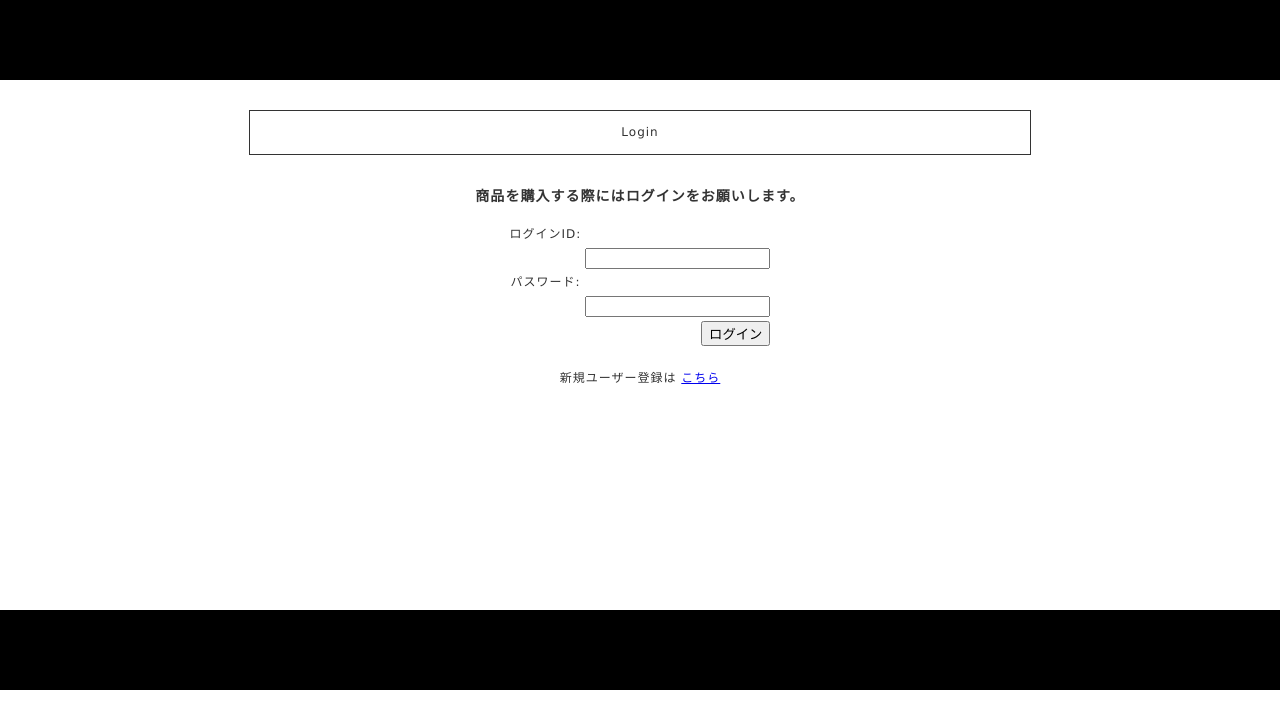
Repository: NoriakiYasumura/test01
Page: http://localhost/template/HomeAction.action
The author's editor kept a copy of each file at every save. The page is drawn from the files as they stood at one save, then again after the next save.
The browser window is 1280 px wide. The pictures show the whole page.
The page is served by Tomcat 9. Other server files are loaded and not shown.

Above is the page before, as saved 2019-04-05 06:01:01.

### template/WebContent/login.jsp
<%@ page language="java" contentType="text/html; charset=UTF-8"
    pageEncoding="UTF-8"%>
<%@ taglib prefix="s" uri="/struts-tags" %>
<!DOCTYPE html>
<html>
	<head>
		<meta http-equiv="Content-Type" content="text/html; charset=UTF-8"/>
		<meta http-equiv="Content-Style-Type" content="text/css"/>
		<meta http-equiv="Content-Script-Type" content="text/javascript"/>
		<meta http-equiv="imagetoolbar" content="no"/>
		<meta name="description" content=""/>
		<meta name="keywords" content=""/>
		<title>Login画面</title>

		<style type="text/css">
			/* TAGLAYOUT */
			body{
				margin:0;
				padding:0;
				line-height:1.6;
				letter-spacing:1px;
				font-family:Verdana,Helvetica,sans-serif;
				font-size:12px;
				color:#333;
				background:#fff;
			}
			table{
				text-align:center;
				margin:0 auto;
			}

			/* IDLAYOUT */
			#top{
				width:780px;
				margin:30px auto;
				border:1px solid #333;
			}

			#header{
				width:100%;
				height:80px;
				background-color:black;
			}

			#main{
				width:100%;
				height:500px;
				text-align:center;
			}

			#footer{
				width:100%;
				height:80px;
				background-color:black;
				clear:both;
			}

		</style>
	</head>
	<body>
		<div id="header">
			<div id="pr"></div>
		</div>

		<div id="main">
			<div id="top">
				<p>Login</p>
			</div>

			<div>
				<h3>商品を購入する際にはログインをお願いします。</h3>
				<s:form action="LoginAction">
					<tr>
						<td>ログインID:</td>
						<td><s:textfield name="loginUserId"/></td>
					</tr>
					<tr>
							<td>パスワード:</td>
							<s:password name="loginPassword"/>
					</tr>
							<s:submit value="ログイン"/>

				</s:form>
				<br/>
				<div>
					<span>新規ユーザー登録は
						<a href='<s:url action="UserCreateAction"/>'>こちら</a>
					</span>
				</div>
			</div>
		</div>

		<div id="footer">
			<div id="pr"></div>
		</div>
	</body>
</html>

After the next save:
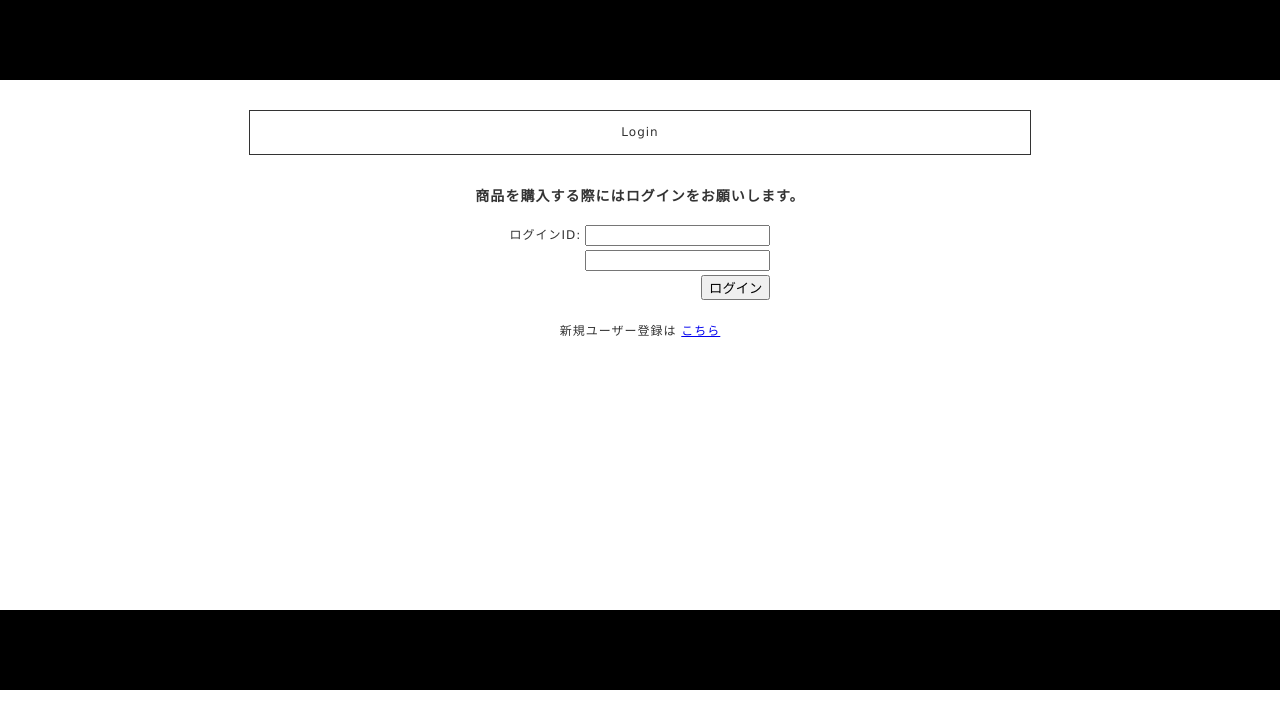
Saved 2 min 2 s later.
--- a/template/WebContent/login.jsp
+++ b/template/WebContent/login.jsp
@@ -70,16 +70,9 @@
 			<div>
 				<h3>商品を購入する際にはログインをお願いします。</h3>
 				<s:form action="LoginAction">
-					<tr>
-						<td>ログインID:</td>
-						<td><s:textfield name="loginUserId"/></td>
-					</tr>
-					<tr>
-							<td>パスワード:</td>
-							<s:password name="loginPassword"/>
-					</tr>
-							<s:submit value="ログイン"/>
-
+						<s:textfield name="loginUserId" label="ログインID"/>
+						<s:password name="loginPassword"/>
+						<s:submit value="ログイン"/>
 				</s:form>
 				<br/>
 				<div>
